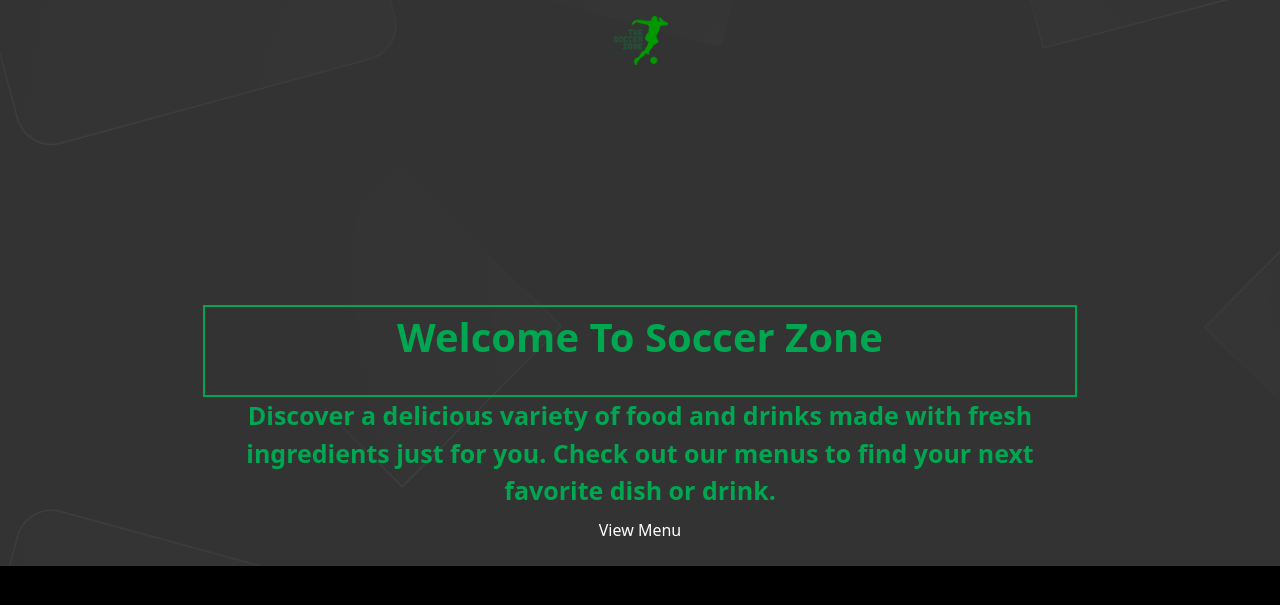
Repository: Rickyy1017/SoccerZone
Page: / (app in soccer-zone/)
These files come from the project's save history. The page is drawn as it stood at one moment and after the next save; the edit follows.
The browser window is 1280 px wide. The pictures show the whole page.
The project was rebuilt for these pictures with package versions that can differ from the ones it lists, and the page was loaded fresh each time. Also part of the build but not shown: soccer-zone/src/pages/FoodDetails.tsx. Imported but missing from the stored project, and not drawn on this page: soccer-zone/src/pages/Menu.

Above is the page before, as saved 2025-05-10 14:39:40.

### soccer-zone/src/index.css
@import "tailwindcss";

@layer components {
  /* PRIMARY COLORS */
  .bg-primary {
    @apply bg-[#00a650];
  }

  .bg-primary-d {
    @apply bg-[#006837];
  }

  .text-primary {
    @apply text-[#00a650];
  }

  .text-primary-dark {
    @apply text-[#006837];
  }

  /* SECONDARY COLORS */
  .bg-secondary {
    @apply bg-[#ffffff];
  }

  .bg-secondary-d {
    @apply bg-[#333333];
  }

  .text-secondary {
    @apply text-[#ffffff];
  }

  .text-secondary-dark {
    @apply text-[#333333];
  }

  /* ACCENT COLORS */
  .bg-accent {
    @apply bg-[#a2ff73];
  }

  .bg-accent-d {
    @apply bg-[#000000];
  }

  .text-accent {
    @apply text-[#a2ff73];
  }

  .text-accent-dark {
    @apply text-[#000000];
  }

  /* Example Button */
  .btn-primary {
    @apply bg-[#00a650] text-white px-4 py-2 rounded font-semibold;
  }

  .btn-accent {
    @apply bg-[#a2ff73] text-[#000000] px-4 py-2 rounded font-semibold;
  }
}

### soccer-zone/src/App.tsx
import { BrowserRouter, Routes, Route } from "react-router-dom";
import Home from "../src/pages/Home";
import Menu from "../src/pages/Menu";
import FoodDetails from "../src/pages/FoodDetails";
import { APP_ROUTES } from "../src/routes/AppRoutes";
import './index.css'


function App() {
  return (
    <BrowserRouter>
      <Routes>
        <Route path={APP_ROUTES.HOME} element={<Home />} />
        <Route path={APP_ROUTES.MENU} element={<Menu />} />
        <Route path={APP_ROUTES.DETAILS} element={<FoodDetails />} />
      </Routes>
    </BrowserRouter>
  );
}

export default App;

### soccer-zone/src/pages/Home.tsx
import { useNavigate } from "react-router-dom";
import { APP_ROUTES } from "../routes/AppRoutes";
import Logo from "../assets/svg/soccer zone.png";
import Bg from "../assets/svg/bg.png";

const Home = () => {
  const navigate = useNavigate();

  return (
    <div className="bg-black h-screen ">
      <div
        className="p-4  bg-secondary-d flex flex-col items-center justify-center align-middle "
        style={{ backgroundImage: `url(${Bg})` }}
      >
        <div className="flex justify-center mb-[15rem]">
          <img src={Logo} alt="" className="w-[70px] j" />
        </div>

        <div className="text-center text-primary max-w-[70%]">
          <h1 className="  font-semibold text-[40px] border-2 pb-7 ">
            Welcome To Soccer Zone
          </h1>
          <p className="font-semibold text-[25px]">
            Discover a delicious variety of food and drinks made with fresh
            ingredients just for you. Check out our menus to find your next
            favorite dish or drink.
          </p>
        </div>

        <button
          onClick={() => navigate(APP_ROUTES.MENU)}
          className="bg-secondary-light text-white px-4 py-2 rounded"
        >
          View Menu
        </button>
      </div>
    </div>
  );
};

export default Home;

### soccer-zone/src/routes/AppRoutes.tsx
export const APP_ROUTES = {
    HOME: "/",
    MENU: "Menu",
    DETAILS: "/FoodDetails",
  };

Loaded but not shown: soccer-zone/index.html (common file); soccer-zone/src/main.tsx (common file)

After the next save:
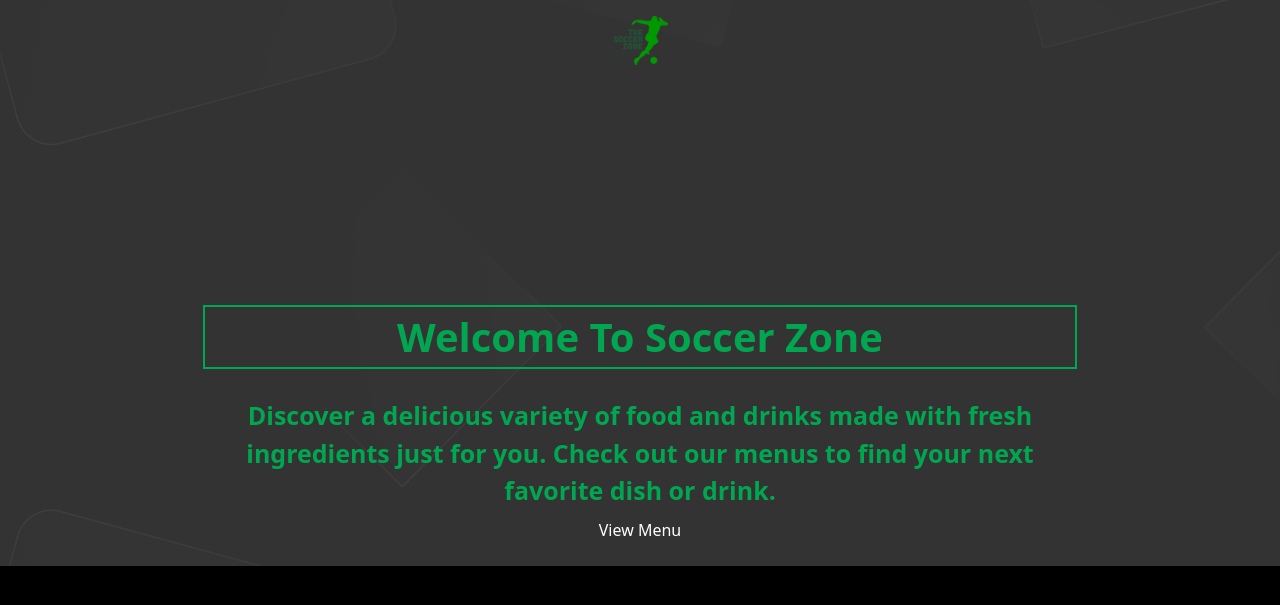
Saved 6 s later.
--- a/soccer-zone/src/pages/Home.tsx
+++ b/soccer-zone/src/pages/Home.tsx
@@ -17,7 +17,7 @@
         </div>
 
         <div className="text-center text-primary max-w-[70%]">
-          <h1 className="  font-semibold text-[40px] border-2 pb-7 ">
+          <h1 className="  font-semibold text-[40px] border-2 mb-7 ">
             Welcome To Soccer Zone
           </h1>
           <p className="font-semibold text-[25px]">
